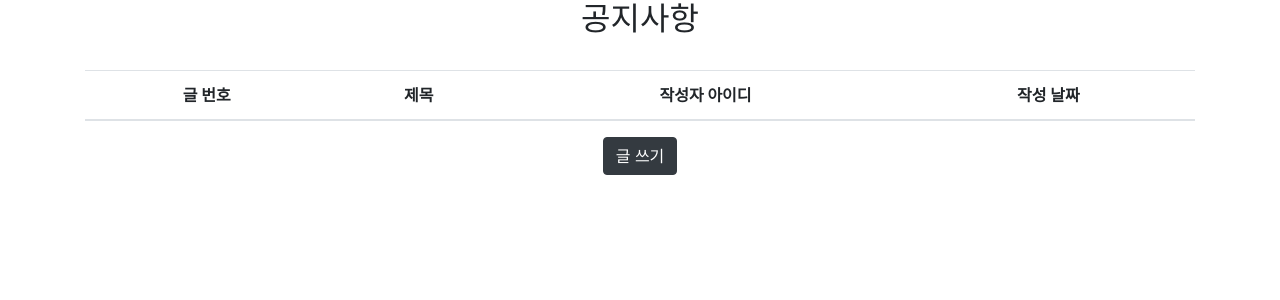
Repository: wlxo0401/JSPTeam
Page: http://localhost/JSPTest001/NoticeList.jsp
The author's editor kept a copy of each file at every save. The page is drawn from the files as they stood at one save, then again after the next save.
The browser window is 1280 px wide. The pictures show the whole page.
The page is served by Tomcat 9. Other server files are loaded and not shown. Queries for data that is not in the repository find no rows.

Above is the page before, as saved 2019-12-17 08:55:06.

### JSPTest001/WebContent/NoticeList.jsp
<%@ page language="java" contentType="text/html; charset=EUC-KR" pageEncoding="EUC-KR"%>
<%@ page import="kr.ac.inhatc.DBConnect" %>
<%@ page import="java.sql.*" %>


<!DOCTYPE html>
<html>
<head>
<meta charset="EUC-KR">
<title>Insert title here</title>
<!-- Latest compiled and minified CSS -->
<link rel="stylesheet" href="https://maxcdn.bootstrapcdn.com/bootstrap/4.3.1/css/bootstrap.min.css">

<!-- jQuery library -->
<script src="https://ajax.googleapis.com/ajax/libs/jquery/3.4.1/jquery.min.js"></script>

<!-- Popper JS -->
<script src="https://cdnjs.cloudflare.com/ajax/libs/popper.js/1.14.7/umd/popper.min.js"></script>

<!-- Latest compiled JavaScript -->
<script src="https://maxcdn.bootstrapcdn.com/bootstrap/4.3.1/js/bootstrap.min.js"></script>
</head>
<body>
<%
//이용자 정보 변수 받아오기 및 초기화
String id = (String)session.getAttribute("__id");
if(id==null){
	id = "ID101";
}

//이용자 초기화 변수 선언
int textNo;
String name="";
String date="";

//게시글 개수 변수
int pNum = 10;
int sNum = 10;
int [][] tno = new int[pNum][sNum];
String[][] title = new String[pNum][sNum];
String[][] tname = new String[pNum][sNum];
String[][] tdate = new String[pNum][sNum];
String[][] tcontent = new String[pNum][sNum];
int textNum = 1;
int lastNum = 0;
int pCount = 0;
int sCount = 0;

//페이지 정보 받아오기 및 초기화
String tempPage = request.getParameter("_pageNum");
int pageNum = 1;
if(tempPage!=null){
	pageNum = Integer.parseInt(tempPage);
}

//DB연동 및 데이터 불러오기
Class.forName("oracle.jdbc.driver.OracleDriver");//1.DB드라이버잡기
	System.out.println("JoinCheck 드라이버잡기");
	Connection conn = DriverManager.getConnection(
			"jdbc:oracle:thin:@192.168.219.115:1521:xe", "jsptest", "1234");//2.커넥션객체생성해서 커넥트
	Statement stmt = conn.createStatement();//3.커넥트 객체로 stmt 객체를 만든다
	//글의 개수 불러오고 내용을 배열변수에 등록
	ResultSet rs = stmt.executeQuery("SELECT MAX(no) FROM textList");
	while(rs.next()){
		lastNum = rs.getInt(1);
	}
	stmt.executeQuery("SELECT COUNT(no) FROM textList");
	while(rs.next()){
		textNum = rs.getInt(1);
	}

	//글번호 초기화
	for(int i = 0 ; i < 10 ; i++){
		for(int j = 0 ; j < 10 ; j++){
			tno[i][j] = 0;
		}
	}

	//글 정보 불러오기
	rs = stmt.executeQuery("SELECT * FROM textList ORDER BY no DESC");

	//제어용 변수 선언
	int i = 0;
	int j = 0;
	while(rs.next()){
		tno[i][j] = rs.getInt("no");
		tname[i][j] = rs.getString("userid");
		title[i][j] = rs.getString("title");
		tcontent[i][j] = rs.getString("content");
		tdate[i][j] = (rs.getString("data")).substring(0, 10);
		j++;
		if(j>=10){
			j = 0;
			i++;
		}
	}
rs.close();
stmt.close();
conn.close();


%>

<div class="container">
  <center><h2>공지사항</h2></center>
  <br/>
  <table class="table">
    <thead align="center">
      <tr>
      	<th align="center">글 번호</th>
      	<th>제목</th>
        <th>작성자 아이디</th>
        <th>작성 날짜</th>
      </tr>
    </thead>
    <tbody align="center">
    <%
    for(i = 0 ; i < 10 ; i++){
    	if(title[pageNum-1][i]!=null){
    		out.print("<tr>");
    		out.print("<td>" + tno[pageNum-1][i] + "</td>");
    		out.print("<td><a href='ReadText.jsp?_tno=" + tno[pageNum-1][i] + "'>" + title[pageNum-1][i] + "</a></td>");
    		out.print("<td>" + tname[pageNum-1][i] + "</td>");
    		out.print("<td>" + tdate[pageNum-1][i] + "</td>");
    		out.print("</tr>");
    	}
    }
    %>
    </tbody>
  </table>
  <center><form action=WriteText.jsp method=post>
  <%
  if(id.equals("admin")){

  }
  out.print("<button type='submit' class='btn btn-dark'>글 쓰기</button>");
  %>
  </form></center>
  <!-- 페이지 번호 -->
  <center>
  <%
  for(i = 0 ; i < 10 ; i++){
	  if(title[i][0]!=null){
		  out.print("<a href='NoticeList.jsp?_pageNum=" + (i+1) + "'>" + (i+1) + "</a>");
	  }
  }
  %>
  </center>
</div>
</body>
</html>

After the next save:
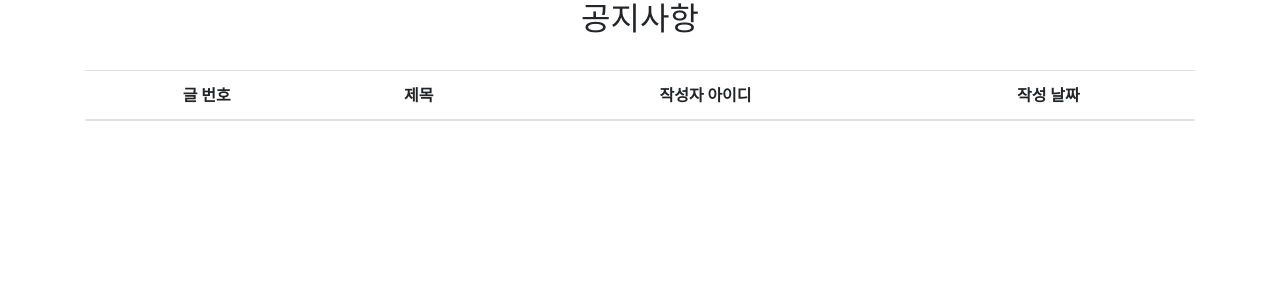
Saved 31 s later.
--- a/JSPTest001/WebContent/NoticeList.jsp
+++ b/JSPTest001/WebContent/NoticeList.jsp
@@ -131,9 +131,8 @@
   <center><form action=WriteText.jsp method=post>
   <%
   if(id.equals("admin")){
-
+	  out.print("<button type='submit' class='btn btn-dark'>글 쓰기</button>");
   }
-  out.print("<button type='submit' class='btn btn-dark'>글 쓰기</button>");
   %>
   </form></center>
   <!-- 페이지 번호 -->

After the 4 saves that followed:
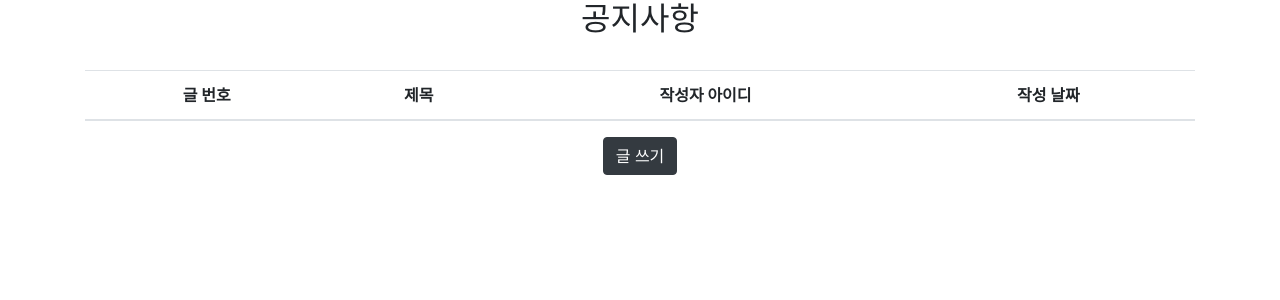
The 4 saves are shown as one change because 2 left the picture as it was and some came seconds apart.
The last was saved 70 s later.
--- a/JSPTest001/WebContent/NoticeList.jsp
+++ b/JSPTest001/WebContent/NoticeList.jsp
@@ -25,7 +25,7 @@
 //이용자 정보 변수 받아오기 및 초기화
 String id = (String)session.getAttribute("__id");
 if(id==null){
-	id = "ID101";
+	id = "Admin";
 }
 
 //이용자 초기화 변수 선언
@@ -130,7 +130,8 @@
   </table>
   <center><form action=WriteText.jsp method=post>
   <%
-  if(id.equals("admin")){
+  String tt;
+  if((id.toLowerCase()).equals("admin")){
 	  out.print("<button type='submit' class='btn btn-dark'>글 쓰기</button>");
   }
   %>
